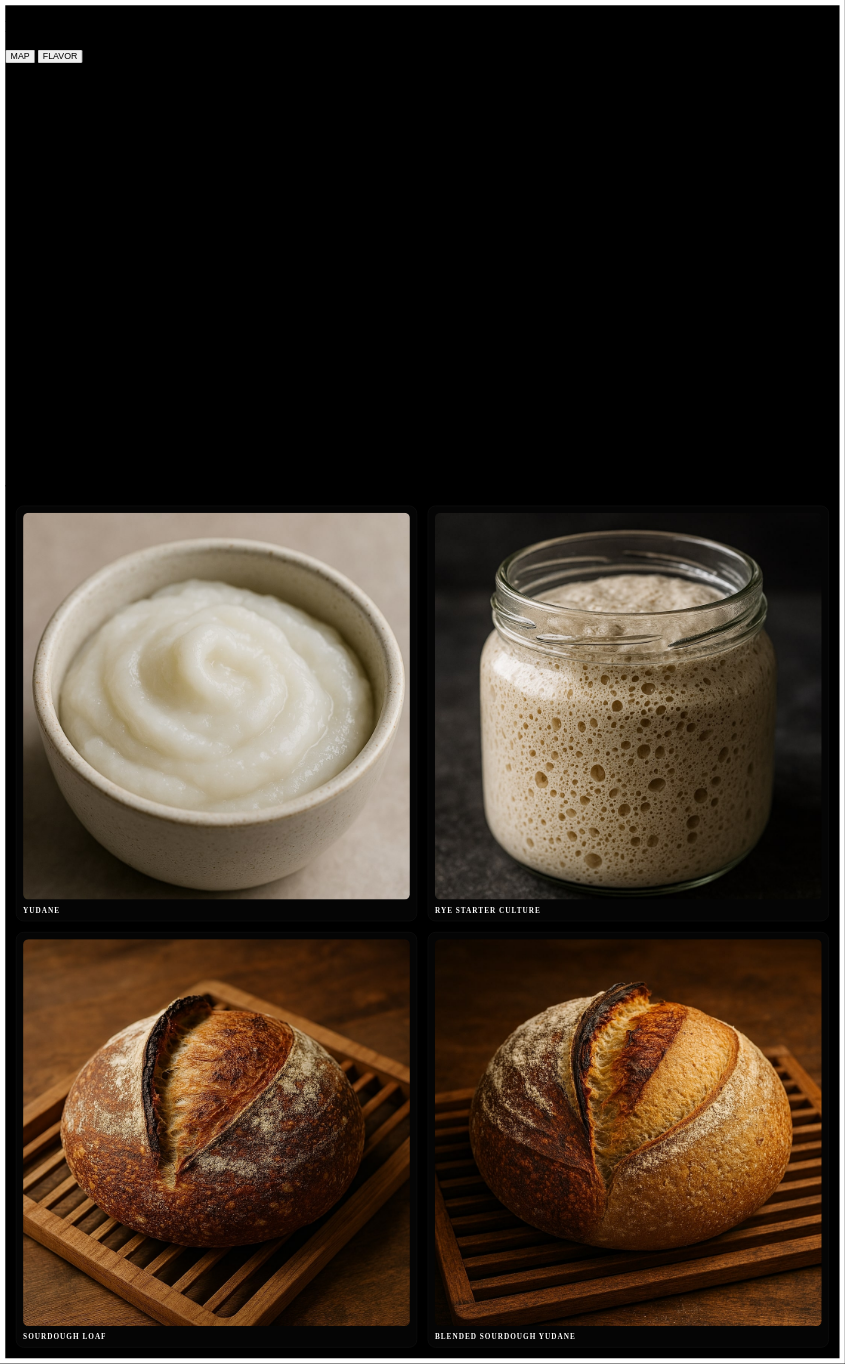
Repository: dkg11hu/baking-core
Page: index.html
The author's editor kept a copy of each file at every save. The page is drawn from the files as they stood at one save, then again after the next save.
The browser window is 1280 px wide. The pictures show the whole page, at 66% of full size.

Above is the page before, as saved 2026-01-03 16:55:24.

### index.html
<!DOCTYPE html>
<html lang="en">
<head>
    <meta charset="UTF-8">
    <link rel="icon" href="data:[embedded picture, 216 characters]">
    <meta name="viewport" content="width=device-width, initial-scale=1.0, maximum-scale=1.0, user-scalable=no">
    <title>Baking Core | XS Driver</title>
    <link rel="stylesheet" href="style.css">
</head>
<body>
    <div class="iphone-xs">
        <div class="notch"></div>
        <div class="screen-content">
            <section id="browser-view">
                <div class="sticky-header">
                    <h1 class="brand-title">Baking Core</h1>
                    <div id="graphical-selector">
                        <div class="selector-tabs">
                            <button class="tab-btn active" data-view="map" onclick="window.switchSelector('map')">MAP</button>
                            <button class="tab-btn" data-view="flavor" onclick="window.switchSelector('flavor')">FLAVOR</button>
                        </div>
                        <div id="view-map"></div>
                        <div id="view-flavor" class="hidden"></div>
                    </div>
                    <div id="filter-chips" class="chip-container"></div>
                </div>
                <div id="tile-grid" class="tile-grid"></div>
            </section>

            <section id="workflow-view" class="hidden">
                <div id="discovery-root"></div>

                <div id="execution-root" class="hidden">
                    <div id="media-stage" class="media-container"></div>
                    <div class="content-stage">
                        <div id="step-metadata"></div>
                        <div id="step-description"></div>
                    </div>
                </div>

                <div class="stepper-controls">
                    <button class="btn-nav" onclick="window.changeStep(-1)">BACK</button>
                    <button class="btn-nav primary" onclick="window.changeStep(1)">NEXT</button>
                </div>
            </section>
        </div>
        <div class="home-indicator"></div>
    </div>
    <script type="module" src="app.js"></script>
</body>
</html>

### style.css
/* --- VIEW CONTAINERS --- */
#browser-view, #workflow-view {
    flex: 1;
    display: flex;
    flex-direction: column;
    height: 100%;
    width: 100%;
    background: #000;
    overflow-y: auto;
    -webkit-overflow-scrolling: touch;
    position: relative;
}

/* --- GRID ARCHITECTURE --- */
.tile-grid {
    display: grid;
    grid-template-columns: 1fr 1fr;
    gap: 16px;
    padding: 16px;
    min-height: 400px;
    box-sizing: border-box;
}

.tile-label {
    color: #FFFFFF;
    font-size: 11px;
    font-weight: 900;
    letter-spacing: 1.5px;
    text-transform: uppercase;
    margin-top: 10px;
    white-space: nowrap;
    overflow: hidden;
    text-overflow: ellipsis;
}

/* --- WORKFLOW TRACKS --- */
.discovery-wrapper, .production-wrapper {
    padding: 20px;
    color: #fff;
}

.meta-chip {
    display: inline-flex;
    flex-direction: column;
    margin-right: 20px;
    border-left: 1px solid #333;
    padding-left: 10px;
}

.meta-chip span { font-size: 8px; color: #666; text-transform: uppercase; }
.meta-chip strong { font-size: 14px; color: var(--primary, #f1c40f); }

.hidden { display: none !important; }

.tile {
    background: #050505;
    border-radius: 12px;
    padding: 10px;
    border: 1px solid #111;
    transition: all 0.2s ease;
    cursor: pointer;
}

/* The Gold Glow for the selected product */
.tile.active {
    border-color: #f1c40f;
    background: #111;
    box-shadow: 0 0 15px rgba(241, 196, 15, 0.2);
}

.tile-img-box {
    aspect-ratio: 1 / 1;
    background: #000;
    border-radius: 8px;
    overflow: hidden;
    display: flex;
    align-items: center;
    justify-content: center;
}

.tile-img-box img {
    width: 100%;
    height: 100%;
    object-fit: cover;
}

### app.js
import { State } from './src/UI/State.mjs';
import { Gallery } from './src/UI/Gallery.mjs';
import { MapSelection } from './src/UI/MapSelection.mjs';
import { FlavorWheel } from './src/UI/FlavorWheel.mjs';
import { WorkflowDiscovery } from './src/UI/WorkflowDiscovery.mjs';
import { WorkflowExecution } from './src/UI/WorkflowExecution.mjs';

// --- EXPOSE TO GLOBAL SCOPE ---
window.Gallery = Gallery;

// --- GLOBAL BRIDGES ---

window.lockAndStart = () => {
    const manifest = WorkflowDiscovery.getLockedManifest();
    document.getElementById('discovery-root').classList.add('hidden');
    document.getElementById('execution-root').classList.remove('hidden');
    WorkflowExecution.start(manifest, State.ssot, State.locale);
};

window.changeStep = (delta) => {
    const isBrowser = !document.getElementById('browser-view').classList.contains('hidden');
    const discoveryRoot = document.getElementById('discovery-root');
    const executionRoot = document.getElementById('execution-root');

    if (isBrowser) {
        if (delta === 1 && Gallery.selectedId) {
            // TRANSITION TO WORKFLOW VIEW
            document.getElementById('browser-view').classList.add('hidden');
            document.getElementById('workflow-view').classList.remove('hidden');

            // Start Step -1 (Gateway)
            discoveryRoot.classList.remove('hidden');
            executionRoot.classList.add('hidden');
            WorkflowDiscovery.renderGateway(Gallery.selectedId, State.locale);
        }
    } else if (!executionRoot.classList.contains('hidden')) {
        // TRACK 2: Production Navigation
        WorkflowExecution.navigate(delta, State.locale);
    } else {
        // TRACK 1: Gateway and Params Navigation
        if (delta === 1) {
            if (WorkflowDiscovery.state === 'GATEWAY') {
                // Move from Choice to Params
                WorkflowDiscovery.init(Gallery.selectedId, State.ssot, State.locale);
            } else {
                // Move from Params to Production (LOCK)
                window.lockAndStart();
            }
        } else if (delta === -1) {
            // BACK from Gateway/Params returns to Browser
            location.reload();
        }
    }
};

window.switchSelector = (viewId) => {
    const map = document.getElementById('view-map');
    const flavor = document.getElementById('view-flavor');
    const tabs = document.querySelectorAll('.tab-btn');
    tabs.forEach(btn => btn.classList.toggle('active', btn.dataset.view === viewId));
    if (map) map.style.display = viewId === 'map' ? 'block' : 'none';
    if (flavor) flavor.style.display = viewId === 'flavor' ? 'block' : 'none';
};

window.filterByTerritory = (territory) => Gallery.filterByTerritory(territory, State.ssot, State.locale);

async function boot() {
    try {
        await State.init();

        // Sanitize Initial View
        document.getElementById('browser-view').classList.remove('hidden');
        document.getElementById('workflow-view').classList.add('hidden');

        Gallery.render(State.ssot, State.locale);

        const mapContainer = document.getElementById('view-map');
        if (mapContainer) mapContainer.innerHTML = MapSelection.render();

        const flavorContainer = document.getElementById('view-flavor');
        if (flavorContainer) {
            flavorContainer.innerHTML = FlavorWheel.render();
            requestAnimationFrame(() => FlavorWheel.plotProducts(State.ssot, State.locale));
        }

        console.log("iPhone Driver: Dual-Track System Online.");
    } catch (err) {
        console.error("Boot failed:", err);
    }
}

boot();

### src/UI/State.mjs
export const State = {
    ssot: null,
    locale: null,
    currentId: null,
    currentStepIdx: 0,

    async init() {
        const [sRes, lRes] = await Promise.all([
            fetch('./data/Store/Registry/definitions.json'),
            fetch('./data/Store/Locale/en.json')
        ]);
        this.ssot = await sRes.json();
        this.locale = await lRes.json();
        return { ssot: this.ssot, locale: this.locale };
    }
};

### src/UI/Gallery.mjs
export const Gallery = {
    selectedId: null,

    render(ssot, locale) {
        const grid = document.getElementById('tile-grid');
        if (!grid) return;
        this.filterByTerritory('ALL', ssot, locale);
    },

    filterByTerritory(territory, ssot, locale) {
        const products = Object.entries(ssot.registry).filter(([id, data]) => {
            const isBranch = data.type === 'BRANCH';
            const matchesMap = (territory === 'ALL' || data.classification?.territory === territory);
            return isBranch && matchesMap;
        });

        this.renderTiles(products, locale);
    },

    renderTiles(products, locale) {
        const grid = document.getElementById('tile-grid');
        if (!grid) return;

        const emptyState = `data:[embedded picture, 33 characters]<svg xmlns='http://www.w3.org/2000/svg' viewBox='0 0 100 100'><rect width='100' height='100' fill='%230a0a0a'/><path d='M30 70 L50 30 L70 70' stroke='%23222' stroke-width='2' fill='none'/></svg>`;

        grid.innerHTML = products.map(([id, data]) => {
            const name = locale[id] || id.replace('PROD_', '').replace(/_/g, ' ');
            const imgSrc = data.ui_features?.tile_photo || '';
            const isActive = this.selectedId === id ? 'active' : '';

            // Use window.Gallery to ensure the global bridge works
            return `
                <div class="tile ${isActive}" data-id="${id}" onclick="window.Gallery.selectProduct('${id}')">
                    <div class="tile-img-box">
                        <img src="${imgSrc}" onerror="this.onerror=null; this.src='${emptyState}';">
                    </div>
                    <div class="tile-label">
                        <strong>${name}</strong>
                    </div>
                </div>`;
        }).join('');
    },

    selectProduct(id) {
        this.selectedId = id;

        // Update UI state
        document.querySelectorAll('.tile').forEach(t => {
            t.classList.toggle('active', t.dataset.id === id);
        });

        // Enable NEXT button
        const nextBtn = document.querySelector('.btn-nav.primary');
        if (nextBtn) nextBtn.disabled = false;

        console.log(`Gallery: Selected ${id}`);
    }
};

### src/UI/MapSelection.mjs
export const MapSelection = {
    render() {
        return `
            <div class="map-wrapper">
                <svg viewBox="0 0 800 400" preserveAspectRatio="xMidYMid meet">
                    <rect width="800" height="400" fill="transparent" onclick="window.filterByTerritory('ALL')"></rect>

                    <path id="EU" class="map-region" d="M400 100 L450 100 L450 150 Z" onclick="window.filterByTerritory('EU')"></path>
                    <path id="AM" class="map-region" d="M100 100 L200 100 L200 300 Z" onclick="window.filterByTerritory('AM')"></path>
                </svg>
                <div class="map-hint">TAP REGION OR BACKGROUND FOR GLOBAL</div>
            </div>
        `;
    }
};

### src/UI/FlavorWheel.mjs
export const FlavorWheel = {
    render() {
        return `
            <div class="flavor-matrix-container">
                <div class="matrix-labels"><span>SALTY</span><span>SWEET</span></div>
                <div id="flavor-plot" class="flavor-plot">
                    <div class="axis-x"></div><div class="axis-y"></div>
                </div>
                <div class="matrix-legend">Hover to identify • Tap to start</div>
            </div>`;
    },

    async plotProducts(ssot, locale) {
        const plot = document.getElementById('flavor-plot');
        const products = Object.entries(ssot.registry).filter(([_, item]) => item.type === 'BRANCH');

        for (const [id, data] of products) {
            try {
                const res = await fetch(`./data/Store/Entities/${id.toLowerCase()}.json`);
                if (!res.ok) continue;
                const entity = await res.json();

                const coords = this.getCoords(entity.formula, ssot);
                const dot = document.createElement('div');
                dot.className = 'flavor-dot';
                dot.style.left = `${coords.x * 100}%`;
                dot.style.bottom = `${coords.y * 100}%`;

                dot.onmousemove = (e) => window.showHelper(e, locale[id] || id);
                dot.onmouseleave = window.hideHelper;
                dot.onclick = () => window.startWorkflow(id);
                plot.appendChild(dot);
            } catch (e) { console.warn("Plot error", e); }
        }
    },

    getCoords(formula, ssot) {
        let salt = 0, sugar = 0;
        formula.forEach(ing => {
            const mClass = ssot.registry[ing.id]?.material_class;
            if (mClass === 'SALTS') salt += ing.pct;
            if (mClass === 'SWEETENERS') sugar += ing.pct;
        });
        return { x: Math.min(sugar / 0.15, 1), y: Math.min(salt / 0.03, 1) };
    }
};

### src/UI/WorkflowDiscovery.mjs
export const WorkflowDiscovery = {
    activeId: null,
    state: 'GATEWAY', // 'GATEWAY' or 'PARAMS'

    renderGateway(id, locale) {
        this.activeId = id;
        this.state = 'GATEWAY';
        const root = document.getElementById('discovery-root');
        root.classList.remove('hidden');

        const name = locale[id] || id;

        root.innerHTML = `
            <div class="gateway-screen">
                <span class="breadcrumb">GLOBAL SELECTION</span>
                <h1 class="step-title">${name}</h1>

                <div class="choice-container">
                    <button class="choice-card" onclick="console.log('Load Favorites')">
                        <div class="icon">★</div>
                        <div>
                            <strong>FAVORITES / HISTORY</strong>
                            <span>Sorted by frequency & timestamp</span>
                        </div>
                    </button>

                    <button class="choice-card highlight" onclick="window.changeStep(1)">
                        <div class="icon">➔</div>
                        <div>
                            <strong>START NEW BAKE</strong>
                            <span>Workflow Track 1: Configure Params</span>
                        </div>
                    </button>
                </div>
            </div>`;
    },

    init(id, ssot, locale) {
        this.state = 'PARAMS';
        const root = document.getElementById('discovery-root');
        const entity = ssot.registry[id];
        const fields = entity.physics_categories || ['PHYS_MASS_TOTAL'];

        root.innerHTML = `
            <div class="discovery-wrapper">
                <header class="discovery-header">
                    <span class="breadcrumb">TRACK 1: PARAMETRIZATION</span>
                    <h2 class="params-title">${locale[id] || id}</h2>
                </header>
                <div class="params-grid">
                    ${fields.map(key => `
                        <div class="param-row">
                            <label>${locale[key] || key}</label>
                            <input type="number" data-physics="${key}" value="1000">
                        </div>
                    `).join('')}
                </div>
            </div>
        `;
    }
};

### src/UI/WorkflowExecution.mjs
export const WorkflowExecution = {
    steps: [],
    currentIndex: 0,
    manifest: null,

    start(manifest, ssot, locale) {
        this.manifest = manifest;
        this.currentIndex = 0;
        const root = document.getElementById('execution-root');
        root.classList.remove('hidden');

        const entity = ssot.registry[manifest.id];
        const refs = Array.isArray(entity.technology_ref) ? entity.technology_ref : [entity.technology_ref];

        this.steps = refs.flatMap(ref =>
            Object.entries(ssot.technologies[ref]?.steps || {}).map(([k, v]) => ({ id: k, ...v }))
        );

        this.render(locale);
    },

    render(locale) {
        const step = this.steps[this.currentIndex];

        // Video Stage
        document.getElementById('media-stage').innerHTML = `
            <video src="${step.video}" autoplay loop muted playsinline
                   onerror="this.style.display='none'; this.nextElementSibling.style.display='flex';">
            </video>
            <div class="media-fallback" style="display:none;">
                <span>ASSET PENDING: ${step.id}</span>
            </div>`;

        // Metadata Header (Locked Values)
        const metaHTML = Object.entries(this.manifest.values).map(([key, val]) => `
            <div class="meta-chip">
                <span>${locale[key] || key}</span>
                <strong>${val}</strong>
            </div>
        `).join('');

        document.getElementById('step-metadata').innerHTML = metaHTML;
        document.getElementById('step-description').innerHTML = `
            <h2 class="step-title">${locale[step.id] || step.id}</h2>
        `;
    },

    navigate(delta, locale) {
        this.currentIndex += delta;
        if (this.currentIndex < 0) location.reload();
        if (this.currentIndex >= this.steps.length) location.reload();
        this.render(locale);
    }
};

### data/Store/Locale/en.json
{
    "MAT_001": "Bread Flour BL-80",
    "MAT_002": "Water",
    "MAT_003": "Whole Milk",
    "MAT_004": "Fine Sea Salt",
    "MAT_005": "Instant Dry Yeast",
    "MAT_006": "Unsalted Butter",
    "PROD_001": "Yudane Scald",
    "PROD_002": "Hokkaido Milk Bread",
    "PROC_STARTER": "Rye Starter Culture",
    "PROC_LEVAIN": "Active Liquid Levain",
    "PROD_SOURDOUGH": "Artisan Double-Fermented Sourdough",
    "MAT_WHEAT": "Stone-ground Wheat Flour",
    "MAT_WATER": "Filtered Water"
}

### data/Store/Entities/prod_yudane.json
{
  "id": "PROD_YUDANE",
  "technology": "TECH_SCALD",
  "formula": [
    { "id": "MAT_WHEAT_T80", "pct": 1.0, "tech_step": "step_incorporate" },
    { "id": "MAT_WATER", "pct": 1.5, "tech_step": "step_boil" }
  ],
  "parameters": {
    "step_boil": { "target_temp": 100 },
    "step_gelatinize": { "target_temp": 4, "duration_min": 720, "tools": ["TOOL_CHILLER"] }
  }
}

### data/Store/Entities/proc_starter.json
{
  "id": "PROC_STARTER",
  "technology": "TECH_CULTURE_MAINTENANCE",
  "formula": [
    { "id": "MAT_WHEAT_T80", "pct": 1.0, "tech_step": "step_feed" },
    { "id": "MAT_WATER", "pct": 1.0, "tech_step": "step_feed" }
  ],
  "parameters": {
    "step_ferment": { "target_temp": 26, "duration_min": 480 }
  }
}

### data/Store/Entities/prod_sourdough_loaf.json
{
  "id": "PROD_SOURDOUGH_LOAF",
  "prerequisites": ["PROC_LEVAIN"],
  "technology": "TECH_LEAVENED_BASE",
  "formula": [
    { "id": "MAT_WHEAT_T80", "pct": 0.9, "tech_step": "step_autolyse" },
    { "id": "MAT_WATER", "pct": 0.65, "tech_step": "step_autolyse" },
    { "id": "PROC_LEVAIN", "pct": 0.2, "tech_step": "step_add_levain" },
    { "id": "MAT_SEA_SALT", "pct": 0.02, "tech_step": "step_add_salt" }
  ],
  "parameters": {
    "step_bulk_ferment": { "target_temp": 27, "duration_min": 240 },
    "step_bake": { "target_temp": 250, "duration_min": 45, "tools": ["TOOL_DECK_OVEN"] }
  }
}

### data/Store/Entities/prod_blended_sourdough_yudane.json
{
  "id": "PROD_BLENDED_SOURDOUGH_YUDANE",
  "formula": [
    { "id": "MAT_WHEAT_T80", "pct": 0.8 },
    { "id": "PROD_YUDANE", "pct": 0.2 },
    { "id": "PROC_STARTER", "pct": 0.15 },
    { "id": "MAT_WATER", "pct": 0.65 },
    { "id": "MAT_SEA_SALT", "pct": 0.02 }
  ],
  "parameters": {
    "step_boil": { "target_temp": 100, "duration_min": 5 },
    "step_bulk_ferment": { "target_temp": 26, "duration_min": 240 },
    "step_bake": { "target_temp": 245, "duration_min": 45, "tools": ["TOOL_OVEN", "TOOL_STEAM_TRAY"] }
  }
}

Loaded but not shown: data/Store/Registry/definitions.json (87 lines, source omitted)

After the next save:
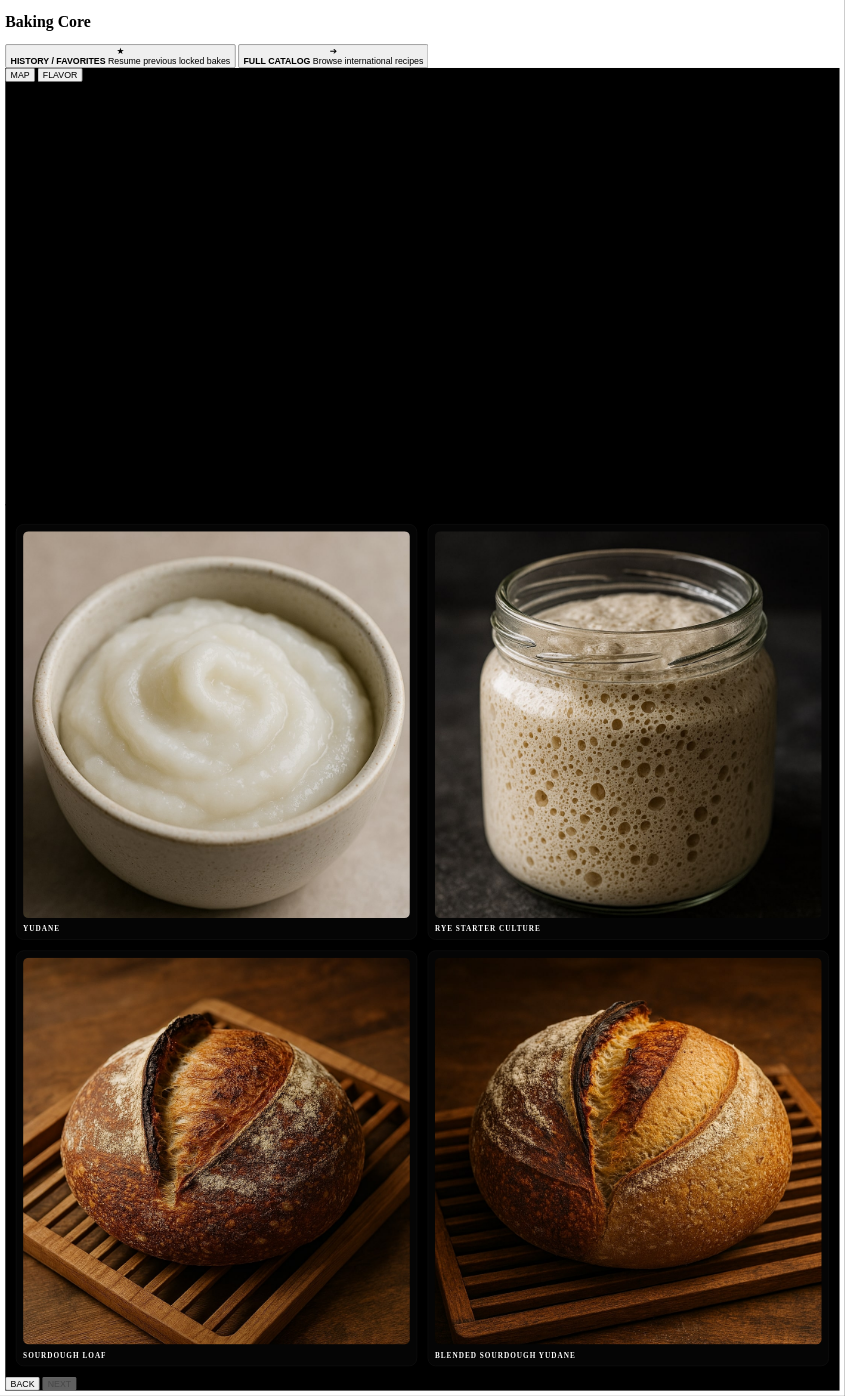
Saved 32 s later.
--- a/index.html
+++ b/index.html
@@ -11,9 +11,35 @@
     <div class="iphone-xs">
         <div class="notch"></div>
         <div class="screen-content">
-            <section id="browser-view">
+
+            <section id="gateway-view">
+                <div class="gateway-hero">
+                    <h1 class="brand-title">Baking Core</h1>
+
+                    <div class="choice-container">
+                        <button class="choice-card" onclick="window.viewHistory()">
+                            <div class="icon">★</div>
+                            <div class="choice-text">
+                                <strong>HISTORY / FAVORITES</strong>
+                                <span>Resume previous locked bakes</span>
+                            </div>
+                        </button>
+
+                        <button class="choice-card highlight" onclick="window.openBrowser()">
+                            <div class="icon">➔</div>
+                            <div class="choice-text">
+                                <strong>FULL CATALOG</strong>
+                                <span>Browse international recipes</span>
+                            </div>
+                        </button>
+                    </div>
+
+                    <div id="history-list" class="hidden"></div>
+                </div>
+            </section>
+
+            <section id="browser-view" class="hidden">
                 <div class="sticky-header">
-                    <h1 class="brand-title">Baking Core</h1>
                     <div id="graphical-selector">
                         <div class="selector-tabs">
                             <button class="tab-btn active" data-view="map" onclick="window.switchSelector('map')">MAP</button>
@@ -24,7 +50,13 @@
                     </div>
                     <div id="filter-chips" class="chip-container"></div>
                 </div>
+
                 <div id="tile-grid" class="tile-grid"></div>
+
+                <div class="stepper-controls">
+                    <button class="btn-nav" onclick="location.reload()">BACK</button>
+                    <button class="btn-nav primary" id="next-to-params" disabled onclick="window.changeStep(1)">NEXT</button>
+                </div>
             </section>
 
             <section id="workflow-view" class="hidden">
@@ -43,6 +75,7 @@
                     <button class="btn-nav primary" onclick="window.changeStep(1)">NEXT</button>
                 </div>
             </section>
+
         </div>
         <div class="home-indicator"></div>
     </div>
